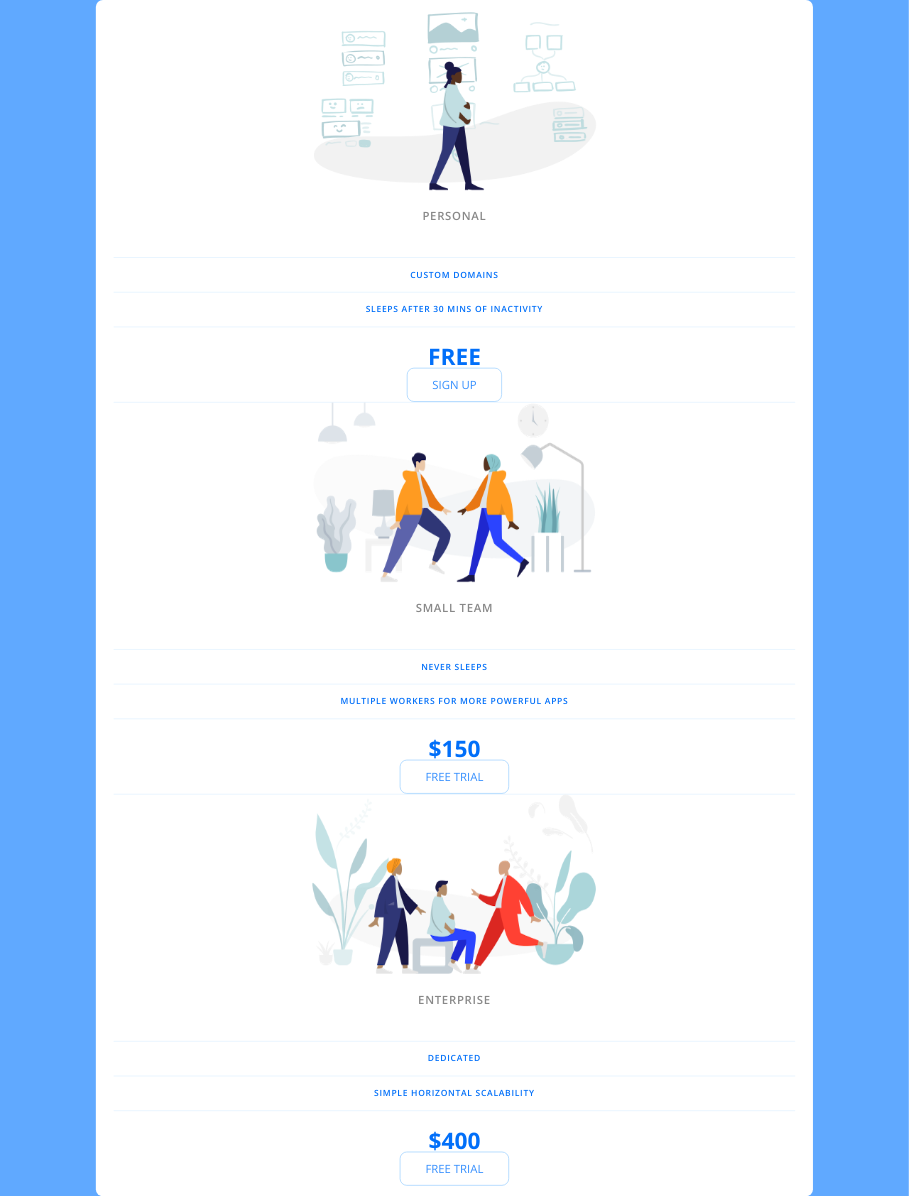
Repository: patrik-fredlund/pricing_panel_udemy
Page: PriceTableStarter/index.html
The author's editor kept a copy of each file at every save. The page is drawn from the files as they stood at one save, then again after the next save.
The browser window is 1280 px wide. The pictures show the whole page, at 71% of full size.

Above is the page before, as saved 2021-06-27 13:51:01.

After the next save:
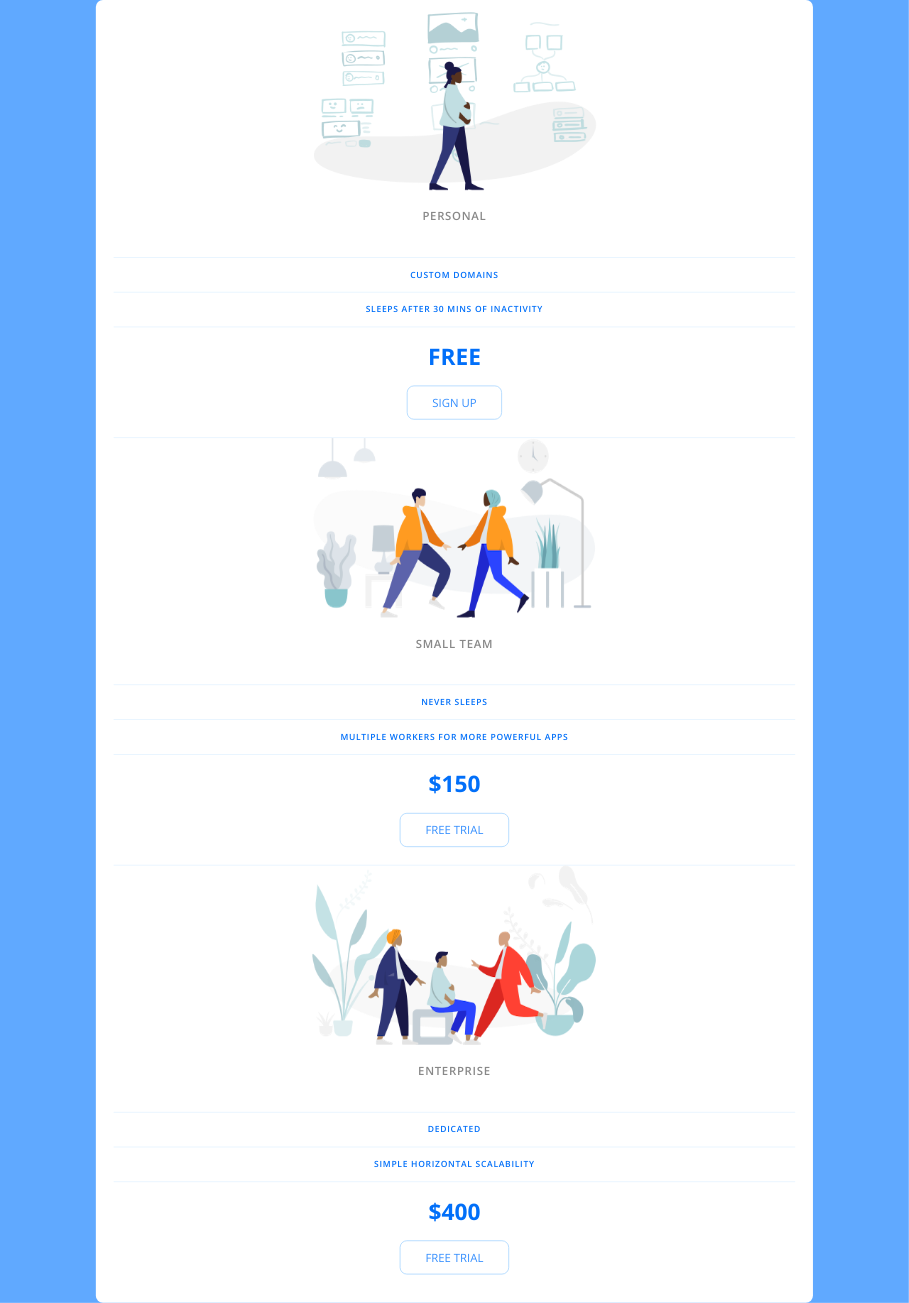
Saved 11 s later.
--- a/PriceTableStarter/app.css
+++ b/PriceTableStarter/app.css
@@ -131,4 +131,5 @@ body {
     display: inline-block;
     padding: 15px 35px;
     text-decoration: none ;
+    margin: 25px 0;
 }
